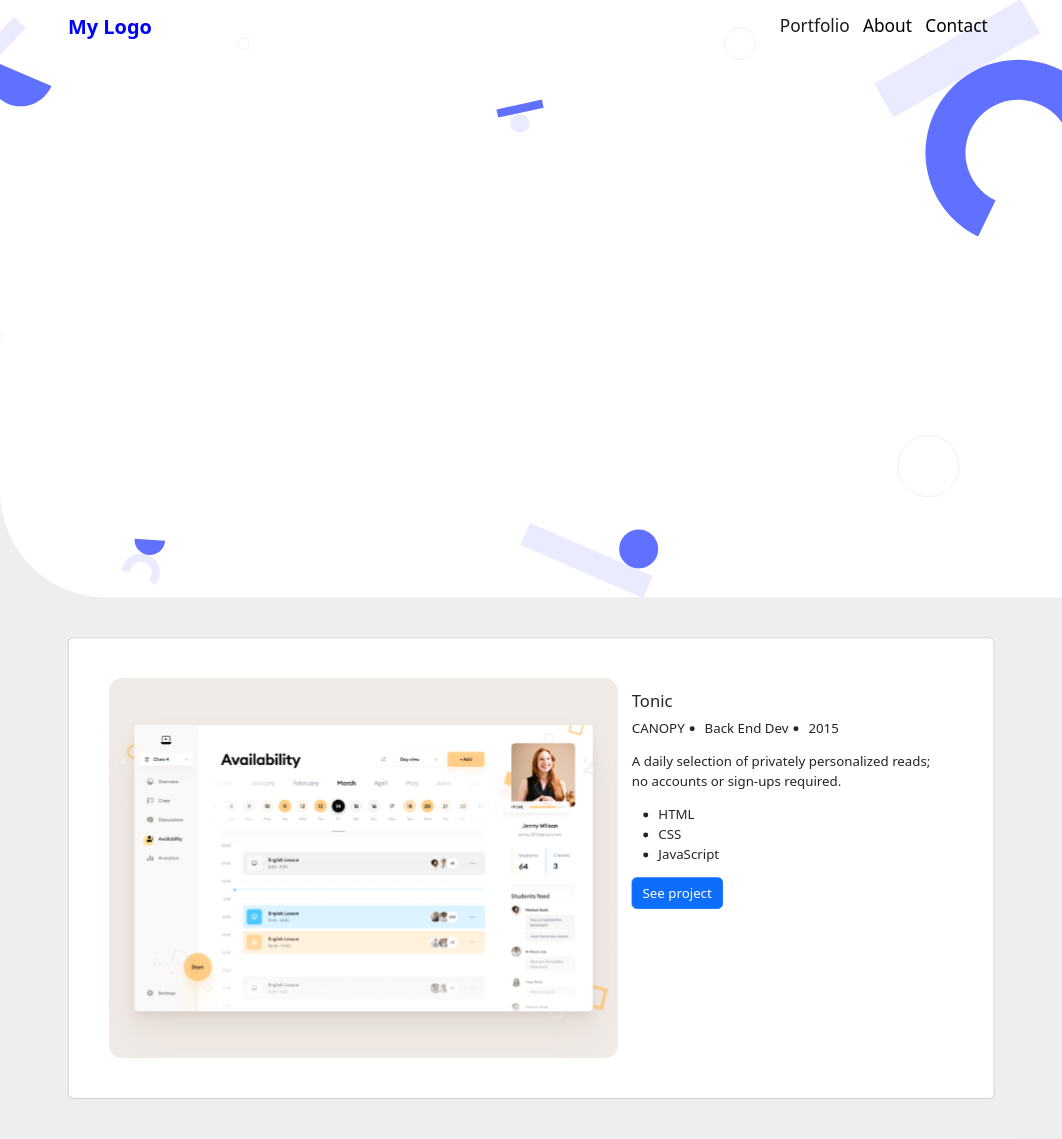
Repository: waelelsafty07/Bootstrap-Portfolio
Page: index.html
These files come from the project's save history. The page is drawn as it stood at one moment and after the next save; the edit follows.
The browser window is 1280 px wide. The pictures show the whole page, at 83% of full size.

Above is the page before, as saved 2023-04-04 16:50:23.

After the next save:
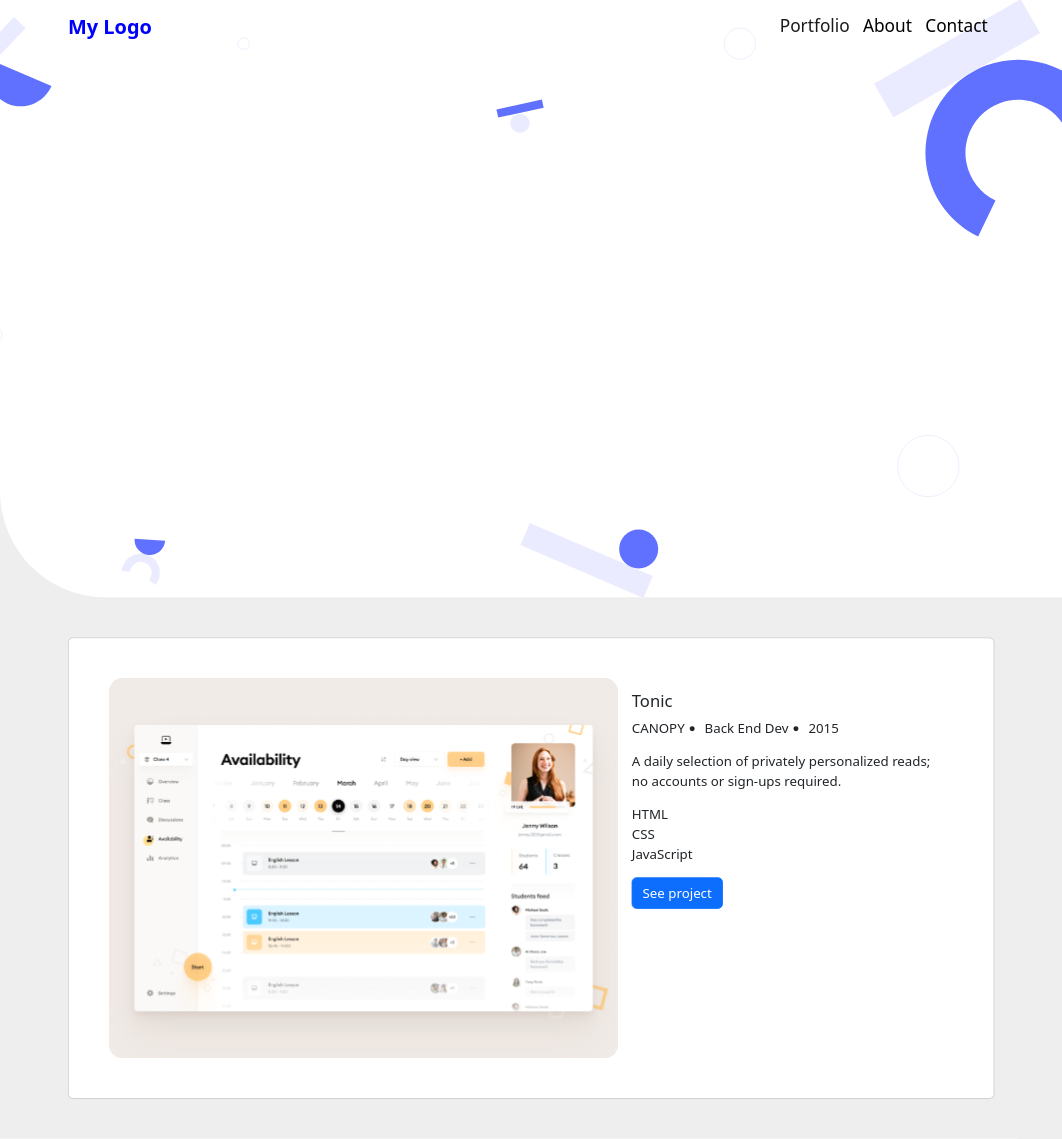
Saved 10 s later.
--- a/index.html
+++ b/index.html
@@ -45,7 +45,7 @@
                 <li class="ms-4">2015</li>
               </ul>
               <p class="card-text">A daily selection of privately personalized reads; no accounts or sign-ups required.</p>
-              <ul class="list-unstyle">
+              <ul class="list-unstyled">
                 <li>HTML</li>
                 <li>CSS</li>
                 <li>JavaScript</li>
